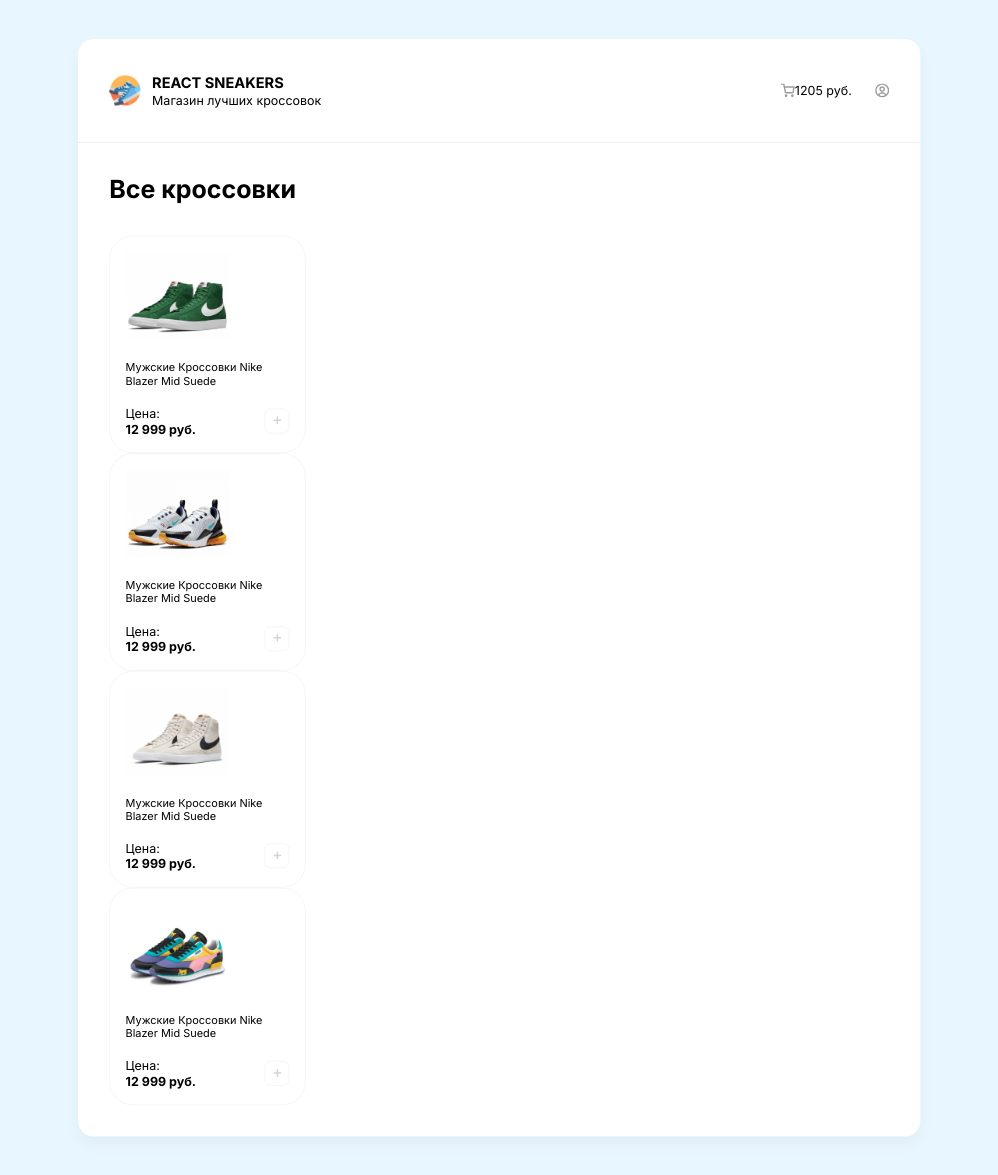
Repository: VaheHarutyunyan/react-sneakers
Page: /
These files come from the project's save history. The page is drawn as it stood at one moment and after the next save; the edit follows.
The browser window is 1280 px wide. The pictures show the whole page, at 78% of full size.
The project was rebuilt for these pictures with package versions that can differ from the ones it lists, and the page was loaded fresh each time.

Above is the page before, as saved 2021-07-26 10:17:06.

After the next save:
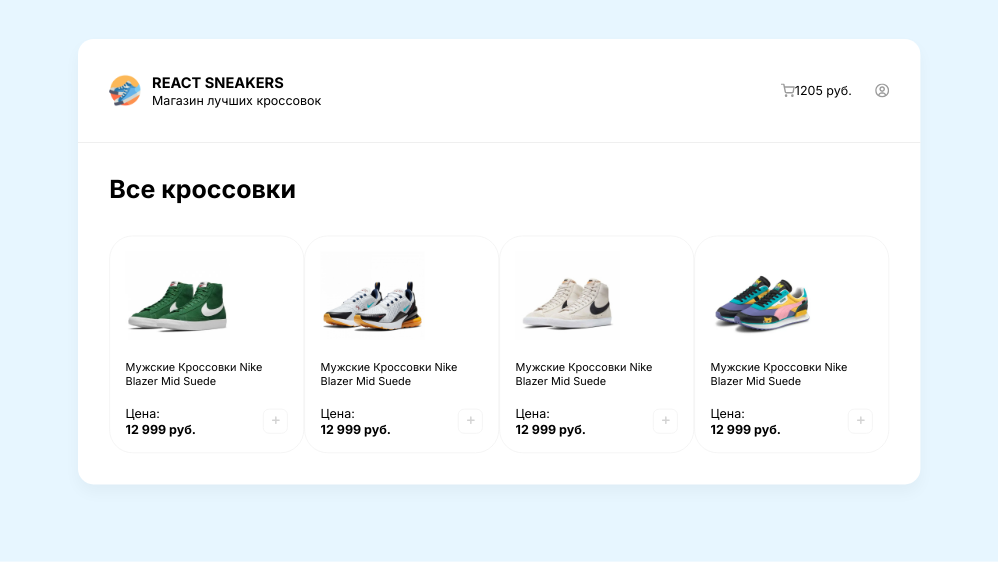
Saved 41 s later.
--- a/src/index.scss
+++ b/src/index.scss
@@ -59,7 +59,8 @@
     margin-bottom: 40px;
   }
 }
-
+.sneakers{
+  display: flex;
 .card{
   border:1px solid #f3f3f3;
   padding: 20px;
@@ -89,3 +90,4 @@
 
   }
 }
+}
